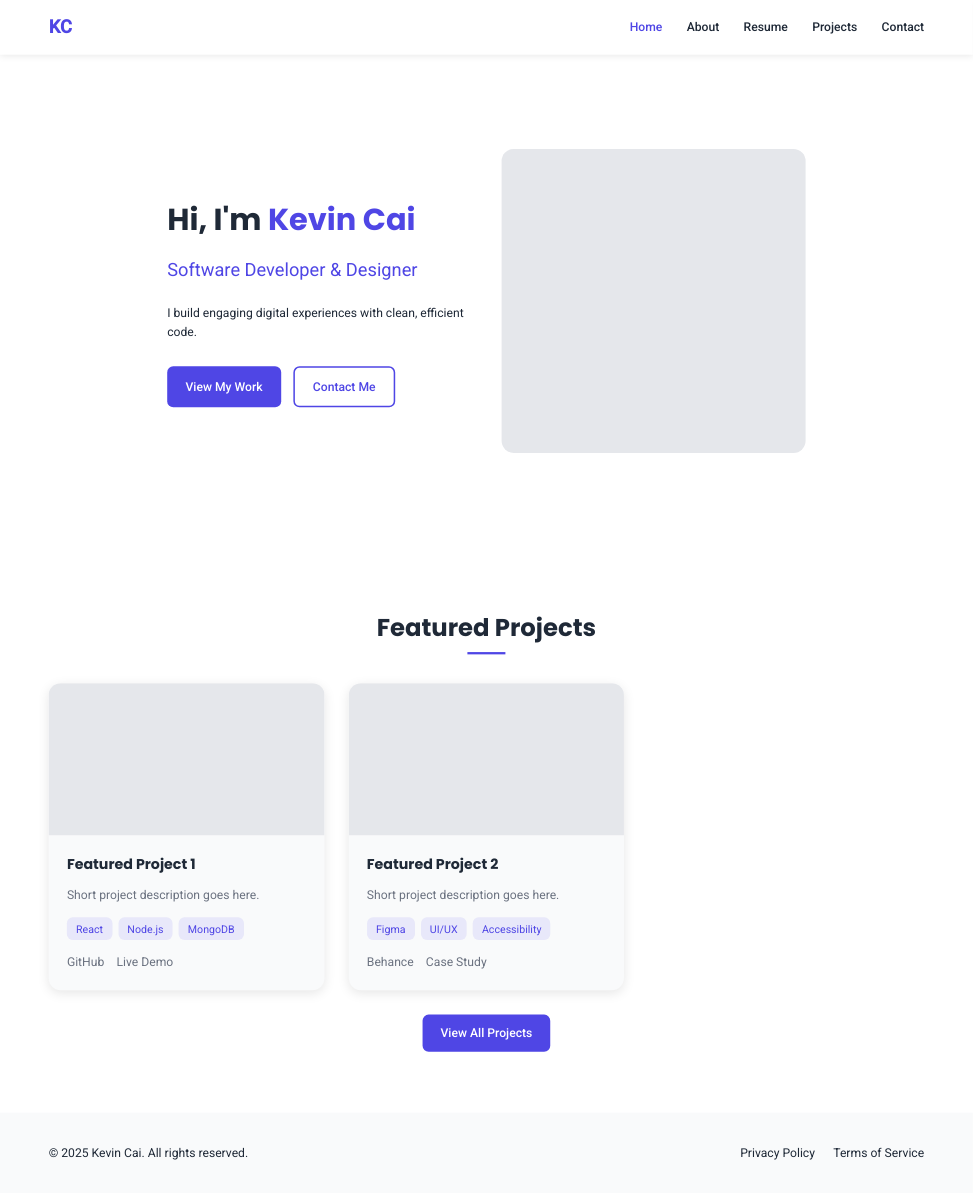
Repository: itskevbo/E-Portfolio
Page: index.html
An editor plug-in stored every save of this project. The page is shown before and after the next save, followed by the edit.
The browser window is 1280 px wide. The pictures show the whole page, at 76% of full size.

Above is the page before, as saved 2025-04-15 00:33:19.

### index.html
<!DOCTYPE html>
<html lang="en">
<head>
    <meta charset="UTF-8">
    <meta name="viewport" content="width=device-width, initial-scale=1.0">
    <title>Kevin Cai | Portfolio</title>
    <meta name="description" content="Professional portfolio showcasing my projects and skills">

    <!-- Favicon -->
    <link rel="icon" href="assets/images/favicon.ico">

    <!-- CSS -->
    <link rel="stylesheet" href="styles/main.css">

    <!-- Google Fonts (example) -->
    <link rel="preconnect" href="https://fonts.googleapis.com">
    <link rel="preconnect" href="https://fonts.gstatic.com" crossorigin>
    <link href="https://fonts.googleapis.com/css2?family=Poppins:wght@300;400;500;700&family=Roboto:wght@400;500&display=swap" rel="stylesheet">
</head>
<body>
    <!-- Header Component -->
    <header class="header" id="header">
        <div class="container">
            <div class="header__logo">
                <a href="index.html" class="logo">KC</a>
            </div>

            <nav class="header__nav" id="nav-menu">
                <ul class="header__nav-list">
                    <li class="header__nav-item"><a href="index.html" class="header__nav-link active">Home</a></li>
                    <li class="header__nav-item"><a href="pages/about.html" class="header__nav-link">About</a></li>
                    <li class="header__nav-item"><a href="pages/resume.html" class="header__nav-link">Resume</a></li>
                    <li class="header__nav-item"><a href="pages/projects.html" class="header__nav-link">Projects</a></li>
                    <li class="header__nav-item"><a href="pages/contact.html" class="header__nav-link">Contact</a></li>
                </ul>

                <div class="header__nav-toggle" id="nav-toggle">
                    <span></span>
                    <span></span>
                    <span></span>
                </div>
            </nav>
        </div>
    </header>

    <main>
        <!-- Hero Section Component -->
        <section class="hero" id="home">
            <div class="container">
                <div class="hero__content">
                    <h1 class="hero__title">Hi, I'm <span class="highlight">Kevin Cai</span></h1>
                    <p class="hero__subtitle">Software Developer & Designer</p>
                    <p class="hero__description">I build engaging digital experiences with clean, efficient code.</p>
                    <div class="hero__actions">
                        <a href="pages/projects.html" class="btn btn-primary">View My Work</a>
                        <a href="pages/contact.html" class="btn btn-outline">Contact Me</a>
                    </div>
                </div>
                <div class="hero__image">
                    <!-- Placeholder for hero image -->
                    <div class="hero__image-placeholder"></div>
                </div>
            </div>
        </section>



        <!-- Featured Projects Preview Section -->
        <section class="section">
            <div class="container">
                <h2 class="section__title">Featured Projects</h2>
                <div class="projects__grid">
                    <!-- Only show 2 featured projects on homepage -->
                    <div class="project-card" data-category="web">
                        <div class="project-card__image">
                            <!-- Placeholder for project image -->
                            <div class="project-card__image-placeholder"></div>
                        </div>
                        <div class="project-card__content">
                            <h3 class="project-card__title">Featured Project 1</h3>
                            <p class="project-card__description">Short project description goes here.</p>
                            <div class="project-card__tags">
                                <span class="tag">React</span>
                                <span class="tag">Node.js</span>
                                <span class="tag">MongoDB</span>
                            </div>
                            <div class="project-card__links">
                                <a href="#" class="project-card__link" target="_blank">
                                    <span class="icon">GitHub</span>
                                </a>
                                <a href="#" class="project-card__link" target="_blank">
                                    <span class="icon">Live Demo</span>
                                </a>
                            </div>
                        </div>
                    </div>

                    <div class="project-card" data-category="design">
                        <div class="project-card__image">
                            <!-- Placeholder for project image -->
                            <div class="project-card__image-placeholder"></div>
                        </div>
                        <div class="project-card__content">
                            <h3 class="project-card__title">Featured Project 2</h3>
                            <p class="project-card__description">Short project description goes here.</p>
                            <div class="project-card__tags">
                                <span class="tag">Figma</span>
                                <span class="tag">UI/UX</span>
                                <span class="tag">Accessibility</span>
                            </div>
                            <div class="project-card__links">
                                <a href="#" class="project-card__link" target="_blank">
                                    <span class="icon">Behance</span>
                                </a>
                                <a href="#" class="project-card__link" target="_blank">
                                    <span class="icon">Case Study</span>
                                </a>
                            </div>
                        </div>
                    </div>
                </div>

                <div style="text-align: center; margin-top: 2rem;">
                    <a href="pages/projects.html" class="btn btn-primary">View All Projects</a>
                </div>
            </div>
        </section>
    </main>

    <!-- Footer Component -->
    <footer class="footer">
        <div class="container">
            <div class="footer__content">
                <p>&copy; 2025 Kevin Cai. All rights reserved.</p>
                <div class="footer__links">
                    <a href="#" class="footer__link">Privacy Policy</a>
                    <a href="#" class="footer__link">Terms of Service</a>
                </div>
            </div>
        </div>
    </footer>

    <!-- JS -->
    <script src="scripts/main.js"></script>
</body>
</html>

### styles/main.css
/*=============== VARIABLES ===============*/
:root {
    /* Colors */
    --primary-color: #4f46e5;
    --primary-color-alt: #4338ca;
    --secondary-color: #3b82f6;
    --accent-color: #8b5cf6;
    --text-color: #1f2937;
    --text-color-light: #6b7280;
    --body-color: #ffffff;
    --container-color: #f9fafb;
    --border-color: #e5e7eb;
    --success-color: #10b981;
    --error-color: #ef4444;

    /* Typography */
    --body-font: 'Roboto', sans-serif;
    --heading-font: 'Poppins', sans-serif;
    --h1-font-size: 2.5rem;
    --h2-font-size: 2rem;
    --h3-font-size: 1.5rem;
    --normal-font-size: 1rem;
    --small-font-size: 0.875rem;
    --smaller-font-size: 0.75rem;

    /* Font weights */
    --font-light: 300;
    --font-regular: 400;
    --font-medium: 500;
    --font-bold: 700;

    /* Z-index */
    --z-tooltip: 10;
    --z-fixed: 100;

    /* Transitions */
    --transition: all 0.3s ease;
}

/*=============== BASE ===============*/
* {
    margin: 0;
    padding: 0;
    box-sizing: border-box;
}

html {
    scroll-behavior: smooth;
}

body {
    font-family: var(--body-font);
    font-size: var(--normal-font-size);
    color: var(--text-color);
    background-color: var(--body-color);
    line-height: 1.6;
}

h1, h2, h3 {
    font-family: var(--heading-font);
    font-weight: var(--font-bold);
    color: var(--text-color);
}

ul {
    list-style: none;
}

a {
    text-decoration: none;
    color: var(--text-color);
    transition: var(--transition);
}

a:hover {
    color: var(--primary-color);
}

img {
    max-width: 100%;
    height: auto;
}

button,
input,
textarea {
    font-family: var(--body-font);
    font-size: var(--normal-font-size);
    outline: none;
    border: none;
}

button {
    cursor: pointer;
    background: none;
}

/*=============== REUSABLE CLASSES ===============*/
.container {
    max-width: 1200px;
    margin: 0 auto;
    padding: 0 1.5rem;
}

.section {
    padding: 5rem 0;
}

.section__title {
    font-size: var(--h2-font-size);
    text-align: center;
    margin-bottom: 3rem;
    position: relative;
}

.section__title::after {
    content: '';
    position: absolute;
    width: 50px;
    height: 3px;
    background-color: var(--primary-color);
    bottom: -10px;
    left: 50%;
    transform: translateX(-50%);
}

.highlight {
    color: var(--primary-color);
}

.grid {
    display: grid;
    gap: 1.5rem;
}

/*=============== BUTTONS ===============*/
.btn {
    display: inline-flex;
    align-items: center;
    justify-content: center;
    padding: 0.75rem 1.5rem;
    border-radius: 0.5rem;
    font-weight: var(--font-medium);
    transition: var(--transition);
}

.btn-primary {
    background-color: var(--primary-color);
    color: white;
}

.btn-primary:hover {
    background-color: var(--primary-color-alt);
    color: white;
}

.btn-outline {
    border: 2px solid var(--primary-color);
    color: var(--primary-color);
}

.btn-outline:hover {
    background-color: var(--primary-color);
    color: white;
}

/*=============== HEADER & NAV ===============*/
.header {
    position: fixed;
    top: 0;
    left: 0;
    width: 100%;
    background-color: var(--body-color);
    box-shadow: 0 2px 10px rgba(0, 0, 0, 0.1);
    z-index: var(--z-fixed);
}

.header .container {
    display: flex;
    align-items: center;
    justify-content: space-between;
    height: 4.5rem;
}

.header__logo .logo {
    font-size: 1.5rem;
    font-weight: var(--font-bold);
    color: var(--primary-color);
}

.header__nav {
    display: flex;
    align-items: center;
}

.header__nav-list {
    display: flex;
    gap: 2rem;
}

.header__nav-link {
    font-weight: var(--font-medium);
}

.header__nav-link.active {
    color: var(--primary-color);
}

.header__nav-toggle {
    display: none;
    flex-direction: column;
    gap: 5px;
    cursor: pointer;
}

.header__nav-toggle span {
    width: 25px;
    height: 2px;
    background-color: var(--text-color);
    transition: var(--transition);
}

/*=============== HERO ===============*/
.hero {
    min-height: 100vh;
    display: flex;
    align-items: center;
    padding-top: 4.5rem;
}

.hero .container {
    display: grid;
    grid-template-columns: 1fr 1fr;
    align-items: center;
    gap: 2.5rem;
}

.hero__title {
    font-size: var(--h1-font-size);
    margin-bottom: 1rem;
}

.hero__subtitle {
    font-size: var(--h3-font-size);
    color: var(--primary-color);
    margin-bottom: 1.5rem;
}

.hero__description {
    margin-bottom: 2rem;
    max-width: 400px;
}

.hero__actions {
    display: flex;
    gap: 1rem;
}

.hero__image-placeholder {
    background-color: var(--border-color);
    border-radius: 1rem;
    height: 400px;
    width: 100%;
}

/*=============== ABOUT ===============*/
.about__content {
    display: grid;
    grid-template-columns: 1fr 1fr;
    gap: 2.5rem;
    align-items: center;
}

.about__text p {
    margin-bottom: 1.5rem;
}

.about__image-placeholder {
    background-color: var(--border-color);
    border-radius: 1rem;
    height: 400px;
    width: 100%;
}

/*=============== PROJECTS ===============*/
.projects__filter {
    display: flex;
    justify-content: center;
    flex-wrap: wrap;
    gap: 1rem;
    margin-bottom: 2rem;
}

.projects__filter-btn {
    padding: 0.5rem 1.5rem;
    border-radius: 0.5rem;
    color: var(--text-color);
    font-weight: var(--font-medium);
    transition: var(--transition);
}

.projects__filter-btn:hover,
.projects__filter-btn.active {
    background-color: var(--primary-color);
    color: white;
}

.projects__grid {
    display: grid;
    grid-template-columns: repeat(auto-fill, minmax(280px, 1fr));
    gap: 2rem;
}

.project-card {
    background-color: var(--container-color);
    border-radius: 1rem;
    overflow: hidden;
    box-shadow: 0 4px 15px rgba(0, 0, 0, 0.1);
    transition: var(--transition);
}

.project-card:hover {
    transform: translateY(-10px);
    box-shadow: 0 10px 25px rgba(0, 0, 0, 0.2);
}

.project-card__image-placeholder {
    background-color: var(--border-color);
    height: 200px;
    width: 100%;
}

.project-card__content {
    padding: 1.5rem;
}

.project-card__title {
    margin-bottom: 0.75rem;
}

.project-card__description {
    color: var(--text-color-light);
    margin-bottom: 1rem;
}

.project-card__tags {
    display: flex;
    flex-wrap: wrap;
    gap: 0.5rem;
    margin-bottom: 1rem;
}

.tag {
    background-color: rgba(79, 70, 229, 0.1);
    color: var(--primary-color);
    padding: 0.25rem 0.75rem;
    border-radius: 0.5rem;
    font-size: var(--small-font-size);
}

.project-card__links {
    display: flex;
    gap: 1rem;
}

.project-card__link {
    color: var(--text-color-light);
}

.project-card__link:hover {
    color: var(--primary-color);
}

/*=============== SKILLS ===============*/
.skills__content {
    display: grid;
    grid-template-columns: repeat(auto-fit, minmax(300px, 1fr));
    gap: 2rem;
}

.skills__category-title {
    margin-bottom: 1.5rem;
    position: relative;
    display: inline-block;
    padding-left: 1rem;
}

.skills__category-title::before {
    content: '';
    position: absolute;
    width: 3px;
    height: 100%;
    background-color: var(--primary-color);
    left: 0;
    top: 0;
}

.skills__list {
    display: grid;
    gap: 1rem;
}

.skill-item {
    display: grid;
    gap: 0.5rem;
}

.skill-item__name {
    display: flex;
    justify-content: space-between;
}

.skill-item__bar {
    width: 100%;
    height: 8px;
    background-color: var(--border-color);
    border-radius: 1rem;
    overflow: hidden;
}

.skill-item__progress {
    height: 100%;
    background-color: var(--primary-color);
    border-radius: 1rem;
}

/*=============== CONTACT ===============*/
.contact__content {
    display: grid;
    grid-template-columns: 1fr 2fr;
    gap: 2.5rem;
}

.contact__info {
    display: grid;
    gap: 2rem;
}

.contact__info-item {
    display: flex;
    align-items: center;
    gap: 1rem;
}

.contact__social {
    display: flex;
    gap: 1rem;
}

.contact__social-link {
    display: flex;
    align-items: center;
    justify-content: center;
    width: 40px;
    height: 40px;
    border-radius: 50%;
    background-color: var(--container-color);
    color: var(--text-color);
    transition: var(--transition);
}

.contact__social-link:hover {
    background-color: var(--primary-color);
    color: white;
}

.contact__form {
    display: grid;
    gap: 1.5rem;
}

.form-group {
    display: grid;
    gap: 0.5rem;
}

.form-group label {
    font-weight: var(--font-medium);
}

.form-group input,
.form-group textarea {
    width: 100%;
    padding: 0.75rem 1rem;
    border: 1px solid var(--border-color);
    border-radius: 0.5rem;
    background-color: var(--container-color);
    transition: var(--transition);
}

.form-group input:focus,
.form-group textarea:focus {
    border-color: var(--primary-color);
}

.form-group textarea {
    height: 150px;
    resize: none;
}

/*=============== FOOTER ===============*/
.footer {
    background-color: var(--container-color);
    padding: 2.5rem 0;
}

.footer__content {
    display: flex;
    justify-content: space-between;
    align-items: center;
}

.footer__links {
    display: flex;
    gap: 1.5rem;
}

/*=============== MEDIA QUERIES ===============*/
/* For medium devices */
@media screen and (max-width: 968px) {
    :root {
        --h1-font-size: 2.25rem;
        --h2-font-size: 1.75rem;
        --h3-font-size: 1.25rem;
    }

    .hero .container,
    .about__content {
        grid-template-columns: 1fr;
    }

    .hero__image {
        grid-row: 1;
    }

    .contact__content {
        grid-template-columns: 1fr;
    }
}

/* For small devices */
@media screen and (max-width: 768px) {
    .header__nav-list {
        position: fixed;
        top: 4.5rem;
        right: -100%;
        background-color: var(--body-color);
        width: 80%;
        height: 100vh;
        flex-direction: column;
        align-items: center;
        justify-content: center;
        padding: 3rem 0;
        box-shadow: -5px 0 15px rgba(0, 0, 0, 0.1);
        transition: var(--transition);
    }

    .header__nav-list.show-menu {
        right: 0;
    }

    .header__nav-toggle {
        display: flex;
    }

    .header__nav-toggle.active span:nth-child(1) {
        transform: rotate(45deg) translate(5px, 5px);
    }

    .header__nav-toggle.active span:nth-child(2) {
        opacity: 0;
    }

    .header__nav-toggle.active span:nth-child(3) {
        transform: rotate(-45deg) translate(5px, -5px);
    }

    .footer__content {
        flex-direction: column;
        gap: 1rem;
    }
}

/* For smaller devices */
@media screen and (max-width: 350px) {
    :root {
        --h1-font-size: 2rem;
        --h2-font-size: 1.5rem;
        --h3-font-size: 1.25rem;
    }

    .container {
        padding: 0 1rem;
    }

    .hero__actions {
        flex-direction: column;
        width: 100%;
    }

    .hero__actions .btn {
        width: 100%;
        text-align: center;
    }

    .projects__filter {
        flex-direction: column;
        width: 100%;
    }
}

Loaded but not shown: scripts/main.js (180 lines, source omitted)

After the next save:
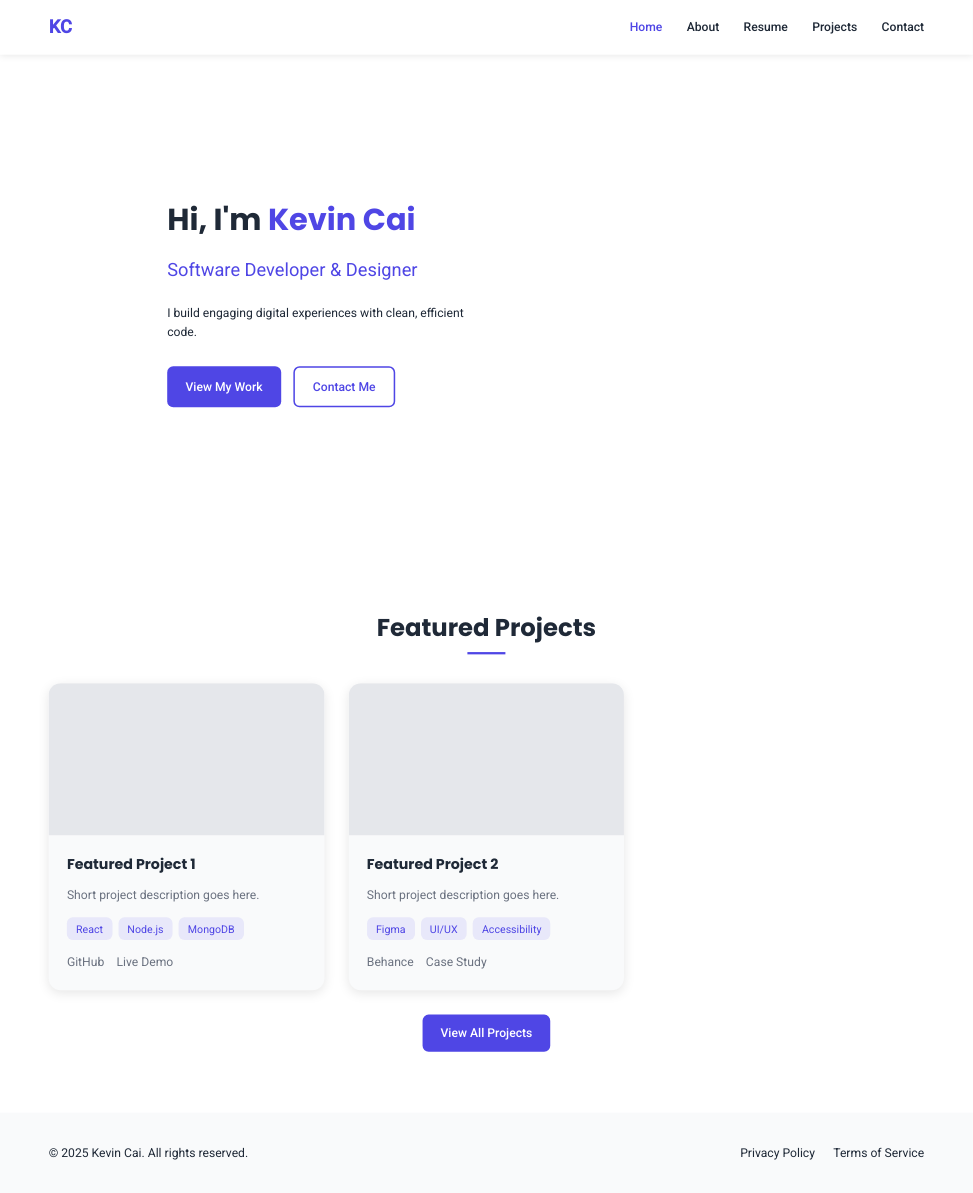
Saved 7 days later.
--- a/index.html
+++ b/index.html
@@ -3,7 +3,7 @@
 <head>
     <meta charset="UTF-8">
     <meta name="viewport" content="width=device-width, initial-scale=1.0">
-    <title>Kevin Cai | Portfolio</title>
+    <title>Kevin Cai | Home</title>
     <meta name="description" content="Professional portfolio showcasing my projects and skills">
 
     <!-- Favicon -->
@@ -58,7 +58,7 @@
                 </div>
                 <div class="hero__image">
                     <!-- Placeholder for hero image -->
-                    <div class="hero__image-placeholder"></div>
+                    <div class="place"></div>
                 </div>
             </div>
         </section>
